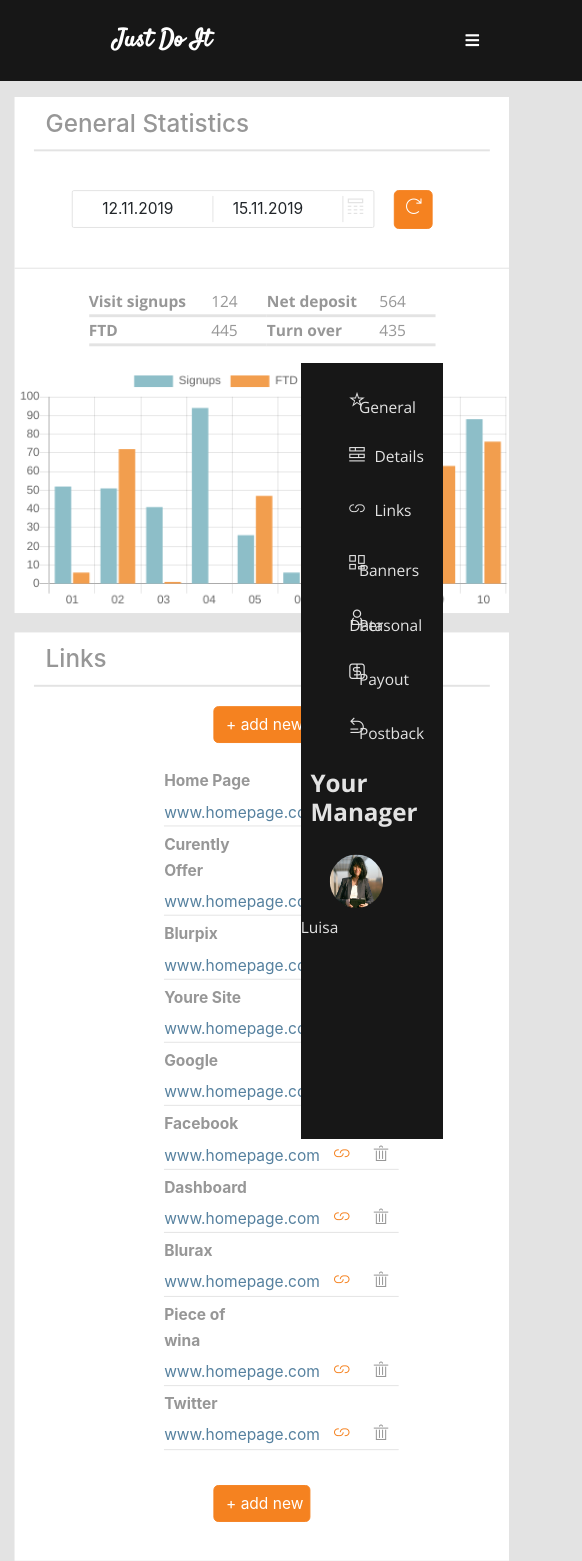
Repository: OllaWilk/wwwJustDoIt
Page: index.html
These files come from the project's save history. The page is drawn as it stood at one moment and after the next save; the edit follows.
The browser window is 600 px wide. The pictures show the whole page, at 97% of full size.
After loading, the first visible `#hamburger` was clicked once.
Some web libraries are served in a nearby version. The style sheet was rebuilt from its Sass, Less or Tailwind sources for each picture, by a compiler version that may differ from the author's.

Above is the page before, as saved 2019-12-25 17:51:27.

### index.html
<!DOCTYPE html>
<html lang=”en”>
    <head>
        <meta charset=”utf-8”>
        <meta name="viewport" content="width=device-width, initial-scale=1.0">
        <meta http-equiv="X-UA-Compatible" content="ie=edge">
        <meta name="description" content="Projekt indywidualny z kursu Kodilla">
        <meta name="keywords" content="kodilla, indiwidual, project">
        <title>Just Do It - soloProject</title>
            <link href="https://use.fontawesome.com/releases/v5.7.2/css/all.css" rel="stylesheet">
            <link href="https://fonts.googleapis.com/css?family=Open+Sans:400,400i,700|Satisfy&display=swap&subset=latin-ext" rel="stylesheet">
            <link rel="stylesheet" href="https://stackpath.bootstrapcdn.com/bootstrap/4.1.3/css/bootstrap.min.css" integrity="sha384-MCw98/SFnGE8fJT3GXwEOngsV7Zt27NXFoaoApmYm81iuXoPkFOJwJ8ERdknLPMO" crossorigin="anonymous">
            <link rel="stylesheet" href="css/style.css">
            <link rel="stylesheet" href="vendor/css/Glyphter.css">
        </head>

    <body>
        <nav class = "navigation">
            <div class = "navigationWraper">
                <div class  ="navigationTop">
                    <h1 class = "logo">Just Do It</h1>
                    <i id="hamburger" class="fas fa-bars"></i>
                </div>
                <div = class="navigationWraperMobile">
                    <ul>
                        <li><i id="start" class="icon-general"></i><a class="menuButon" href="index.html">General</a></li>
                        <li><i id="details" class="icon-details"></i><a class="menuButon" href="index.html">Details </a></li>
                        <li><i id="links" class="icon-links"></i><a class="menuButon" href="index.html">Links</a></li>
                        <li><i id="banners" class="icon-banners"></i><a class="menuButon" href="index.html">Banners</a></li>
                        <li><i id="personal data" class="icon-personaldata"></i><a class="menuButon" href="index.html">Personal Data</a></li>
                        <li><i id="payout" class="icon-payout"></i><a class="menuButon" href="index.html">Payout</a></li>
                        <li><i id="postback" class="icon-postback"></i><a class="menuButon" href="index.html">Postback</a></li>
                    </ul>
                    <div class = "menagoImg">
                        <h2>Your Manager</h2>
                        <a class="menuButon" href = "index.html">
                            <img src="images/business-woman-746766_1920.jpg">
                        </img>Luisa</a>
                    </div>
                </div>
            </div>
        </nav>

        <div class= "topMenu">
            <div class = "topMenuWrapper">
                <div class= "iconsTopMenu">
                    <i id="wallet" class="icon-wallet"></i>
                    <h3>$ 1,5000</h3>
                    <i id="arrowDown" class="icon-arrow-down-small"></i>
                </div>
                <div class= "iconsTopMenu">
                    <i id="notification" class="icon-notification"></i>
                </div>
                <div class= "iconsTopMenu">
                    <i id="profile" class="icon-profile"></i>
                    <p>Jan Kowalski</p>
                </div>
                <div class= "iconsTopMenu">
                    <i id="start" class="icon-quit"></i>
                </div>
            </div>
        </div>

        <section class = "container">
            <div class = "section  mainPage">
                <h2  class="title">General Statistics</h2>
                <div class="dates">
                    <div class="datesConteiner">
                        <div class="dateStart">12.11.2019</div>
                        <div class="dateEnd">15.11.2019 </div>
                        <i id="calendar" class="icon-calendar"></i>
                    </div>
                    <a href="index.html" id="refresh" class="btnRefrsh btn icon-refresh"></a>
                </div>
                <div class="statistic">
                    <div class="legendWrap">
                        <table>
                            <tr>
                              <td class="visitSignups">
                                <h3>Visit signups</h3>
                                <p>124</p>
                              </td>
                              <td class="netDeposit">
                                <h3>Net deposit</h3>
                                <p>564</p>
                              </td>
                            </tr>
                            <tr>
                              <td class="FTD">
                                <h3>FTD</h3>
                                <p>445</p>
                              </td>
                              <td class="turnOver">
                                <h3>Turn over</h3>
                                <p>435</p>
                              </td>
                            </tr>
                        </table>
                    </div>
                    <canvas id="myChart"></canvas>
                </div>
            </div>

            <div class = "section links">
                <h2  class="title">Links</h2>
                <div class="btnWraper">
                    <a href="index.html" id="refresh" class="btn btnAddNew">+ add new</a>
                </div>
                <div class = "linkWraper">
                    <ul>
                        <li>
                            <p>Home Page</p>
                            <a href="index.html">www.homepage.com</a>
                            <i id="start" class="colorLinks icon-links"></i>
                            <i id="start" class="icon-trash"></i>
                        </li>
                        <li>
                            <p>Curently Offer</p>
                            <a href="index.html">www.homepage.com</a>
                            <i id="start" class="colorLinks icon-links"></i>
                            <i id="start" class="icon-trash"></i>
                        </li>
                        <li>
                            <p>Blurpix</p>
                            <a href="index.html">www.homepage.com</a>
                            <i id="start" class="colorLinks icon-links"></i>
                            <i id="start" class="icon-trash"></i>
                        </li>
                        <li>
                            <p>Youre Site</p>
                            <a href="index.html">www.homepage.com</a>
                            <i id="start" class="colorLinks icon-links"></i>
                            <i id="start" class="icon-trash"></i>
                        </li>
                        <li>
                            <p>Google</p>
                            <a href="index.html">www.homepage.com</a>
                            <i id="start" class="colorLinks icon-links"></i>
                            <i id="start" class="icon-trash"></i>
                        </li>
                        <li>
                            <p>Facebook</p>
                            <a href="index.html">www.homepage.com</a>
                            <i id="start" class="colorLinks icon-links"></i>
                            <i id="start" class="icon-trash"></i>
                        </li>
                        <li>
                            <p>Dashboard</p>
                            <a href="index.html">www.homepage.com</a>
                            <i id="start" class="colorLinks icon-links"></i>
                            <i id="start" class="icon-trash"></i>
                        </li>
                        <li>
                            <p>Blurax</p>
                            <a href="index.html">www.homepage.com</a>
                            <i id="start" class="colorLinks icon-links"></i>
                            <i id="start" class="icon-trash"></i>
                        </li>
                        <li>
                            <p>Piece of wina</p>
                            <a href="index.html">www.homepage.com</a>
                            <i id="start" class="colorLinks icon-links"></i>
                            <i id="start" class="icon-trash"></i>
                        </li>
                        <li>
                            <p>Twitter</p>
                            <a href="index.html">www.homepage.com</a>
                            <i id="start" class="colorLinks icon-links"></i>
                            <i id="start" class="icon-trash"></i>
                        </li>
                    </ul>

                </div>
                <div class="btnWraper">
                    <a href="index.html" id="refresh" class="btn btnAddNew">+ add new</a>
                </div>
            </div>
        </section>

        <script src="https://cdnjs.cloudflare.com/ajax/libs/Chart.js/2.4.0/Chart.min.js"></script>
        <script src="js/script.js"></script>
    </body>
</html>

### js/script.js
const hamburgerMenuLeft = document.getElementById('hamburger');
const mobileMenu = document.querySelector('.navigationWraperMobile');

hamburger.addEventListener('click', function(){
    mobileMenu.classList.toggle('active');
});

var ctx = document.getElementById('myChart').getContext('2d');

var chart = new Chart(ctx, {
    // 1
    type: 'bar',
    data: {
        // 2
        labels: ["01", "02", "03", "04", "05", "06", "07", "08", "09", "10"],
        // 3
        datasets: [{
            // 4
            label: "Signups",
            // 5
            backgroundColor: '#8DBEC8',
            borderColor: '#8DBEC8',
            // 6
            data: [ 52, 51, 41, 94, 26, 6, 72, 9, 21, 88 ],
        },
        {
            label: "FTD",
            backgroundColor: '#F29E4E',
            borderColor: '#F29E4E',
            data: [ 6, 72, 1, 0, 47, 11, 50, 44, 63, 76 ],
        },
        {
            label: "Earned",
            backgroundColor: '#71B374',
            borderColor: '#71B374',
            data: [ 59, 49, 68, 90, 67, 41, 13, 38, 48, 48 ],
            // 7
            hidden: true,
        }]
    },
});

### sass/style.scss
/*importy styli*/
@import "variables";
@import "mixins";

@import "normalize";
@import "layout";

@import "sections/leftNavigtation";
@import "sections/topUserMenu";

@import "pages/mainPage";
@import "pages/links";
@import "components/mediaQuery";

### sass/_variables.scss
/*stałe graficzne*/
/*colors*/
$color-dark: #171717;
$color-light: #ffffff;
$color-buttonGreyDark: #979797;
$color-buttonGreyLight: #bbbbbb;
$color-buttonDisable: #e4e4e4;
$color-background: #E3E3E3;
$color-buttonOrangeDark: #F58220;
$color-buttonOrangeLight: #FFA200;
$color-onlineButton: #04AE00;
$color-notificationClicked: #74B67A;
$color-notificationUnclicked: #96CC9B;
$color-buttonNegativeClicked: #DE5252;
$color-buttonNegativeUnclicked: #EC7171;
$color-links: #56819F;
$color-strongRed: #FF0000;

/*font sizes*/

$paragraph-font-size: 16px;

/*fonts*/
$logo: 'Satisfy', cursive;
$brand-font: "Open Sans", Helvetica, Arial;
$default-font: 'Roboto', sans-serif;

### sass/_mixins.scss
/*buttons*/
.btn {
  display: inline-block;
  border-radius: 5px;
  font-size: 16px;
  text-align: center;
  text-decoration: none;
  cursor: pointer;
  border: 1px solid $color-buttonOrangeDark;
  background-color: $color-buttonOrangeDark;
  color: $color-light;
  width: 100px;
  &:hover {
    background-color: $color-light;
    color: $color-buttonGreyDark;
    border: 1px solid $color-buttonGreyDark;
  }
}


.btnRefrsh {
  width: 40px;
  height: 40px;
  margin: 20px;
}

@mixin flex-center {
  display: flex;
  justify-content: center;
}

/*links*/

### sass/_layout.scss
/*Global*/
html {
    box-sizing: border-box;
}

*, *::before, *::after {
    box-sizing: inherit;
}

body {
    margin: 0;
    background-color: $color-background;
    font-size: 16px;
    line-height: 1.7;
    display: flex;
}

.container {
    width: calc(100% - 240px); //NIE DZIAŁA DLACZEGO?
    top: 70px;
    left: 240px;
    position: absolute;
    z-index: -1;
}

.section {
    background-color: $color-light;
    //width: 141%; //tu musi być 141% bo szerokość kontenera nie mogę zmienić
}

### sass/sections/_leftNavigtation.scss
.navigation {
    width: 240px;
    height: 100vh;
    position: fixed;
    background-color: $color-dark;
    color: $color-light;
    padding: 10px;

}

.navigationWraper {
    font-family: $brand-font;
    ul {
        font-size: 16px;
        list-style-type: none;
        color: $color-background;
        li {
            margin: 20px 0px;
            padding:10px;
            &:hover {
                border-left: 4px solid $color-buttonOrangeDark;
            }
        }
    }
}

.navigationTop {
        display: flex;
        align-items: baseline;
        i {
            font-size: 16px;
            margin-left: 70px;
            cursor: pointer;
            &:hover {
                color: $color-buttonOrangeDark;
        }
    }
}

.logo {
    font-family: $logo;
    font-size: 25px;
    font-weight: 600;
    margin-left: 10px;
}

.menuButon {
    color: $color-background;
    font-family: $brand-font;
    font-size: 16px;
    margin: 0 10px;
    text-decoration: none;
    &:hover {
        color: $color-background;
        text-decoration: none;
    }
}

.menagoImg {
    h2 {
        font-size: 25px;
        font-weight: 600;
        color: $color-background;
        margin: 25px 0 10px 10px;
    }
    a {
        img {
            border-radius: 50%;
            height: 55px;
            width: 55px;
            margin: 20px;
        }

    }
}

### sass/sections/_topUserMenu.scss
.topMenu {
    background-color: $color-light;
    width: calc(100% - 240px);
    height: 50px;
    margin-left: 240px;
    position: fixed;
}

.topMenuWrapper {
    display: flex;
    float: right;
    width: auto;
    margin: 5px 10px;
}

.iconsTopMenu {
    display: flex;
    align-items: baseline;
    border-left: 2px solid $color-background;
    padding: 10px 20px 0 20px;
    i {
        display:inline-block;
    }
    h3 {
        font-size: 20px;
        margin: 0 10px;
        font-weight: bold;
        font-family: $default-font;
    }
    p{
        font-size: 16px;
        margin: 0 10px;
        font-family: $default-font;
    }
}

/*UWAGI
inny krótszy zapisz gdzie p z 52 linijki html jest zamienione na h3: nie działa :first-child a działa :last-child

.iconsTopMenu {
    display: flex;
    align-items: baseline;
    border-left: 2px solid $color-background;
    padding: 10px 20px 0 20px;
    i {
        display:inline-block;
    }
    h3 {
        font-size: 16px;
        margin: 0 10px;
        font-weight: bold;
        :first-child{
            font-weight: bold;
        }
    }
}

*/

### sass/pages/_mainPage.scss
.title {
    color: $color-buttonGreyDark;
    font-weight: 550;
    font-size: 25px;
    border-bottom: 2px solid $color-background;
    padding: 12px;
    margin: 0 20px;
}

//Daty

.dates {
    display: flex;
    justify-content: center;
    padding: 20px 30px;
    align-items: baseline;
    border-bottom: 1px solid $color-background;
}

.datesConteiner {
    padding: 5px 10px;
    border: 1px solid $color-background;
    border-radius: 2px;
    display: flex;
    align-items: baseline;
    div {
        border-right: 1px solid $color-background;
        padding-left: 20px;
        padding-right: 40px;
        font-size: 16px;
    }
    i {
        color: $color-background;
        padding-left: 5px;
    }
}

.legendWrap {
    table {
      margin: 20px auto;
      width: 70%;
      border-spacing: 25px; //dlaczego nie działasz?
      tr {
        td {
          position: relative;
          padding: 0;
          border-bottom: 3px solid $color-background;
          width: auto;
          h3, p {
            display: inline;
            font-family: $brand-font;
            font-size: 16px;
            font-weight: bold;
            color: $color-buttonGreyDark;
            padding-right:  30px;
          }
          p {
            position: absolute;
            right: 0;
            margin: 0;
            font-weight: 500;
          }
        }
      }
    }
  }

### sass/pages/_links.scss

//Linki
.links {
    margin-top: 20px;
    padding-bottom: 20px;
}

.btnWraper {
    display: flex;
    justify-content: center;
}

.btnAddNew {
    margin: 20px;

}

.linkWraper {
    font-size: 16px;
    color: $color-buttonGreyDark;
    display: flex;
    justify-content: center;
    ul {
        li {
            display: flex;
            align-items: baseline;
            border-bottom: 1px solid $color-background;
            &:hover {
                background-color: $color-background;
            }
            p {
                font-weight: bold;
                margin: 5px 0;
                width: 320px;
            }
        }
    }
    a {
        color: $color-links;
        text-decoration: none;
        width: 320px;
    }
    i {
        margin: 0 10px;
    }
}

.colorLinks {
    color: $color-buttonOrangeDark;
    margin-left: 320px;
}

### sass/components/_mediaQuery.scss
@media (max-width: 750px) {

    .topMenu {
        margin: auto;
        z-index: -1;

    }

    .topMenuWrapper {
        display: none;

    }

    .navigation  {
        width: 100%;
        height: auto;
    }

    .navigationTop {
        justify-content: space-around;
        z-index: 1;
    }

    .navigationWraperMobile {
        display: none;
    }

    .navigationWraperMobile.active {
        display: block;
        position: fixed;
        margin: 50%;
        height: 100%;
        background-color: $color-dark;
        z-index: 1;
        line-height: 0;
    }

    .container {
        left: 0;
        width: 100%;
        top: 100px;
    }

    .linkWraper {
        width: 100%;
       // display: block;
        ul {
            li {
            display: block;
            p {
                width: 100px;
            }
            }
        }
    }
}

Loaded but not shown: vendor/css/Glyphter.css (common file); sass/_normalize.scss (common file)

After the next save:
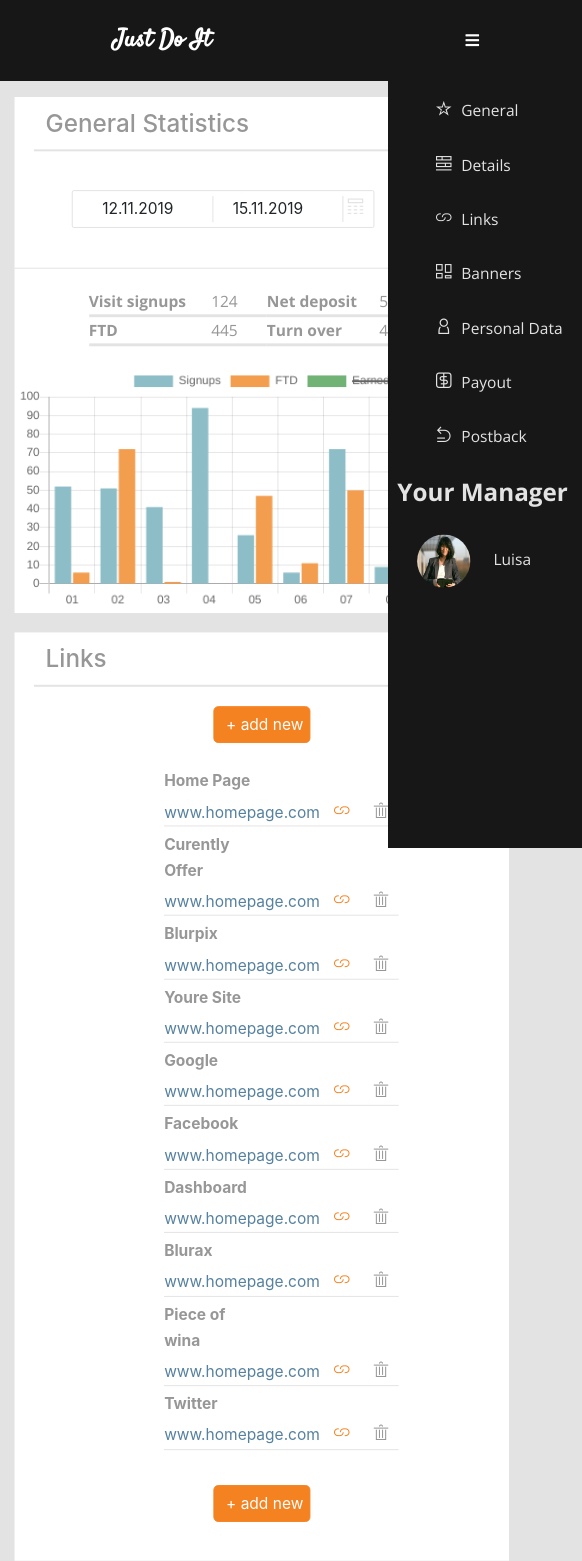
Saved 25 s later.
--- a/sass/components/_mediaQuery.scss
+++ b/sass/components/_mediaQuery.scss
@@ -28,7 +28,7 @@
     .navigationWraperMobile.active {
         display: block;
         position: fixed;
-        margin: 50%;
+        right: 0;
         height: 100%;
         background-color: $color-dark;
         z-index: 1;
